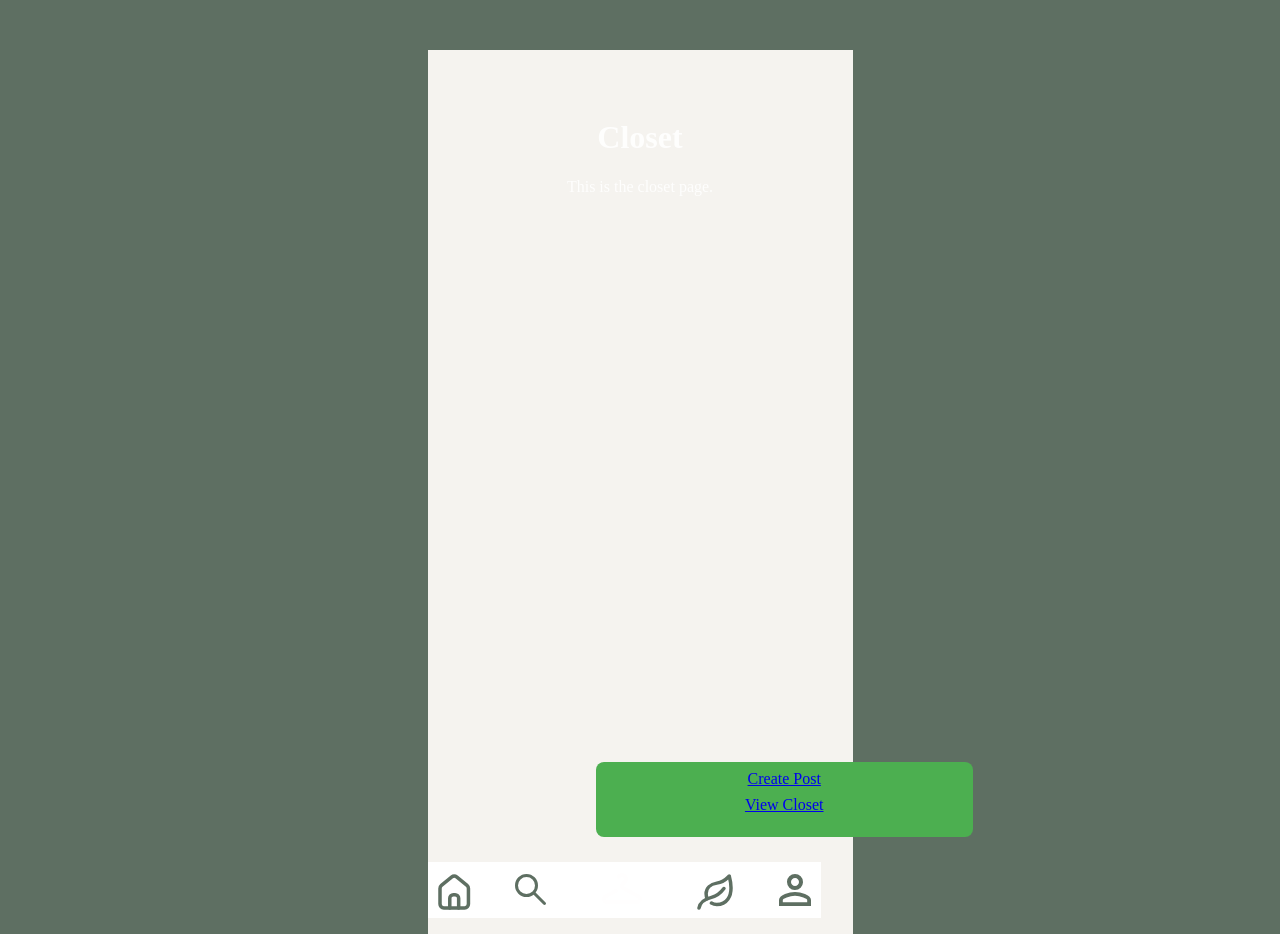
Repository: Strawb3rryjam/app-slotion
Page: /closet, after clicking the first element matching `button.closetPageButton_93d1e_Closet`
These files come from the project's save history. The page is drawn as it stood at one moment and after the next save; the edit follows.
The browser window is 1280 px wide. The pictures show the whole page.
The project was rebuilt for these pictures with package versions that can differ from the ones it lists, and the page was loaded fresh each time. Also part of the build but not shown: vite.config.js. Imported but missing from the stored project, and not drawn on this page: src/pages/Home.

Above is the page before, as saved 2025-05-07 13:43:18.

### src/main.jsx
import { StrictMode } from 'react'
import { createRoot } from 'react-dom/client'
import './index.css'

import { BrowserRouter } from 'react-router-dom'
import App from './App.jsx'

createRoot(document.getElementById('root')).render(
  <StrictMode>
    <BrowserRouter>
      <App />
    </BrowserRouter>
  </StrictMode>
)

### src/index.css
:root {
  color: rgba(255, 255, 255, 0.87);
}

body {
  width: 393px;
  min-height: 852px;
  padding: 16px;
  margin: 0 auto;
  margin-top: 50px;

  background-color: #F5F3EF;
  position: relative;

}

html {
  background-color: #5E6F62;
}

### src/App.jsx
import './App.css'
import Home from './pages/Home'
import Closet from './pages/Closet'
import {Routes, Route} from 'react-router-dom'
import NavBar from './components/NavBar'


function App() {
  return (
    <div>
      <NavBar />
      <main className = "main-content">
        <Routes>
          <Route path = "/" element = {<Home />} />
          <Route path = "/closet" element = {<Closet />} />

        </Routes>
      </main>
    </div>

  )
}

export default App

### src/pages/Closet.jsx

function Closet() {
  return (
    <div>
      <h1>Closet</h1>
      <p>This is the closet page.</p>
    </div>
  );
}

export default Closet;

### src/components/NavBar.jsx
import { Link } from "react-router-dom";
import styles from "../css/NavBar.module.css";  // Use this to import styles

/*images*/
import homeIcon from "../assets/Home.svg";
import searchIcon from "../assets/search.svg";
import closetIcon from "../assets/Hanger.svg";
import tipsIcon from "../assets/leaf.svg";
import profileIcon from "../assets/Profile.svg";

/*component*/
import ClosetButton from "../components/closetPageButton";


function NavBar() {
    return (
        <nav className={styles.navbar}> {/* Use styles.navbar for CSS modules */}
            <div className={styles["navbar-links"]}> {/* Use styles for other classes */}
                <Link to="/" className={styles.Home}>
                    <img src={homeIcon} alt="Home" className={styles["nav-icon"]} />
                </Link>
                <Link to="/Search" className={styles.Search}>
                    <img src={searchIcon} alt="Search" className={styles["nav-icon"]} />
                </Link>

                <ClosetButton /> {/* Include the ClosetButton component here */}


                <Link to="/Tips" className={styles.Tips}>
                    <img src={tipsIcon} alt="Tips" className={styles["nav-icon"]} />
                </Link>
                <Link to="/Profile" className={styles.Profile}>
                    <img src={profileIcon} alt="Profile" className={styles["nav-icon"]} />
                </Link>

            </div>
        </nav>
    );
}

export default NavBar;

### src/css/NavBar.module.css
.navbar {
    background-color: white;
    padding: 10px 0 ;
    width: 393px;
    position: absolute;
    bottom: 16px;
    left: 0;
    display: flex;
    justify-content: center;  /* Align the navbar content centrally */
}

.navbar-links {
    display: flex;
    justify-content: space-between; /* Space out the icons evenly */
    align-items: center;
    width: 100%; /* Take up the full width of the navbar */
    padding: 0 10px; /* Add some padding to the sides */
  }


  /*icons*/
  .Home {
    width: 28.444px;
    height: 32px;
  }

  .Search{
    width: 31px;
    height: 31px;
  }

  .Tips{
    width: 32px;
    height: 32px;
  }

.Profile{
  width: 32px;
  height: 32px;
}

### src/components/closetPageButton.jsx
import { useState } from "react";
import { Link } from "react-router-dom";
import styles from "../css/closetPageButton.module.css"; // ✅ Make sure file name matches

// Import icons
import closetNotActive from "../assets/Hanger.svg";
import closetActive from "../assets/HangerActive.svg";



export default function ClosetButton() {
    const [isActive, setIsActive] = useState(false);

    const handleClick = () => {
        setIsActive(!isActive);
    };

    return (
        <div className={styles.closetWrapper}>
            {isActive && (
                <div className={styles.dropdown}>
                    <Link to="/CreatePost" className={styles.dropdownOption}>Create Post</Link>
                    <Link to="/Closet" className={styles.dropdownOption}>View Closet</Link>
                </div>
            )}
            <button onClick={handleClick} className={styles.Closet}>
                <img
                    src={isActive ? closetActive : closetNotActive}
                    alt="Closet"
                    className={styles["nav-icon"]}
                />
            </button>
        </div>
    );
}

### src/css/closetPageButton.module.css
.closetWrapper {
    position: relative;
    display: inline-block;
}

.dropdown {
    position: absolute;
    top: -110px; /* adjust as needed */
    background-color: #4CAF50; /* green background */
    border-radius: 8px;
    padding: 0.5rem;
    display: flex;
    flex-direction: column;
    gap: 0.5rem;
    z-index: 10;

    width: 361px;
    height: 59px;

}

.dropdownOption1,
.dropdownOption2 {
    color: white;
    text-decoration: none; /* removes underline */
    padding: 0.5rem 1rem;
    border-radius: 4px;
    font-weight: bold;
    text-align: center;
    background-color: transparent;
    transition: background-color 0.2s;
    align-self: center;

}

.dropdownOption1:hover,
.dropdownOption2:hover {
    background-color: rgba(255, 255, 255, 0.2); /* subtle hover effect */
}

.Closet {
    background: none;
    border: none;
    cursor: pointer;
}

.nav-icon {
    width: 40px;
    height: auto;
}

Loaded but not shown: index.html (common file); src/App.css (common file)

After the next save:
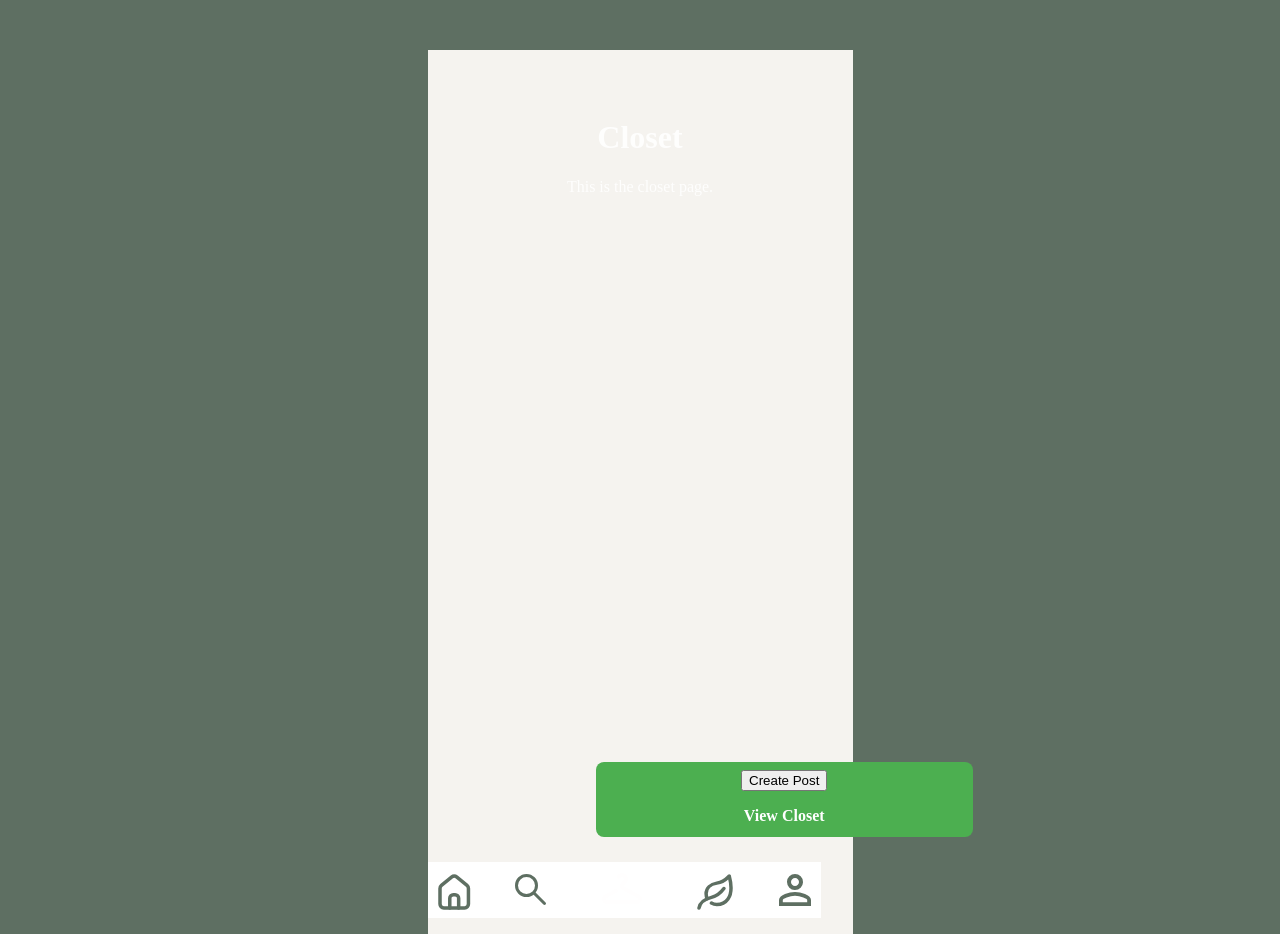
Saved 2 min 6 s later.
--- a/src/components/closetPageButton.jsx
+++ b/src/components/closetPageButton.jsx
@@ -19,8 +19,9 @@ export default function ClosetButton() {
         <div className={styles.closetWrapper}>
             {isActive && (
                 <div className={styles.dropdown}>
-                    <Link to="/CreatePost" className={styles.dropdownOption}>Create Post</Link>
-                    <Link to="/Closet" className={styles.dropdownOption}>View Closet</Link>
+<Link to="/CreatePost">
+    <button className={styles.dropdownOption}>Create Post</button>
+</Link>                    <Link to="/Closet" className={styles.dropdownOption2}>View Closet</Link>
                 </div>
             )}
             <button onClick={handleClick} className={styles.Closet}>
